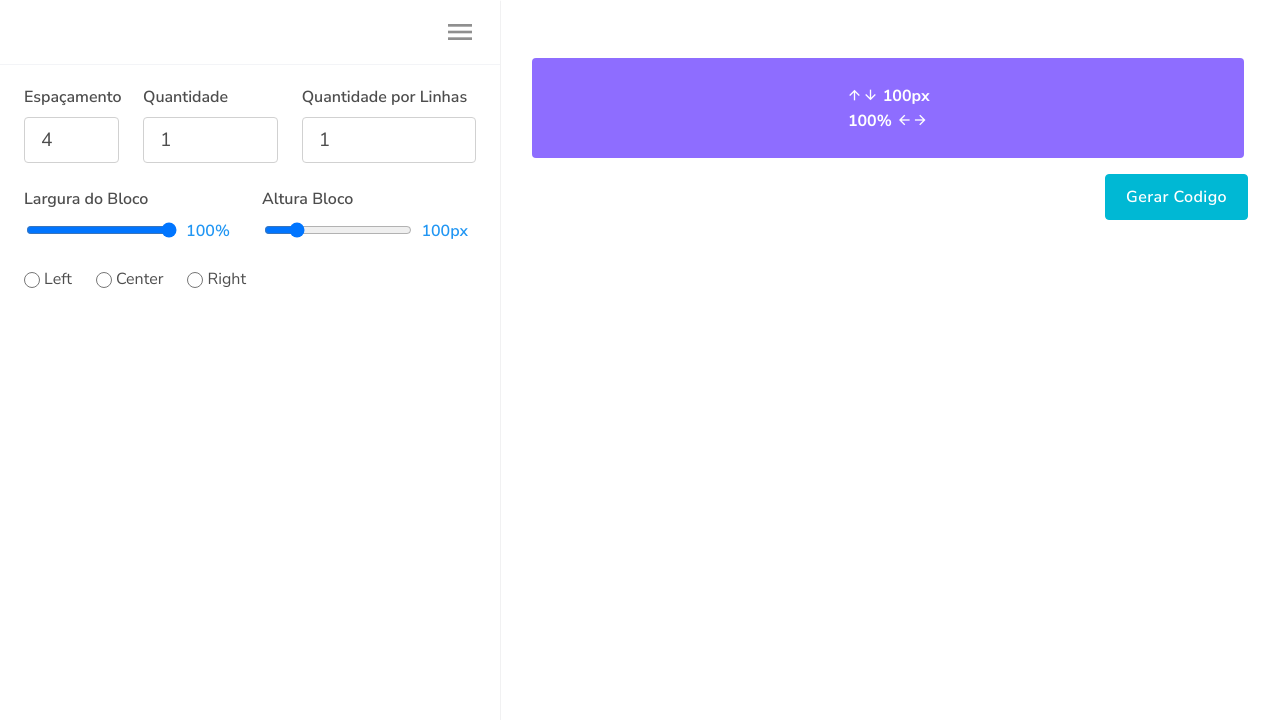
Repository: Flintdl/lowcode-elements
Page: /
The author's editor kept a copy of each file at every save. The page is drawn from the files as they stood at one save, then again after the next save.
The browser window is 1280 px wide. The pictures show the whole page.
The project was rebuilt for these pictures with package versions that can differ from the ones it lists, and the page was loaded fresh each time. Also part of the build but not shown: vue.config.js.

Above is the page before, as saved 2022-04-05 09:42:51.

After the next save:
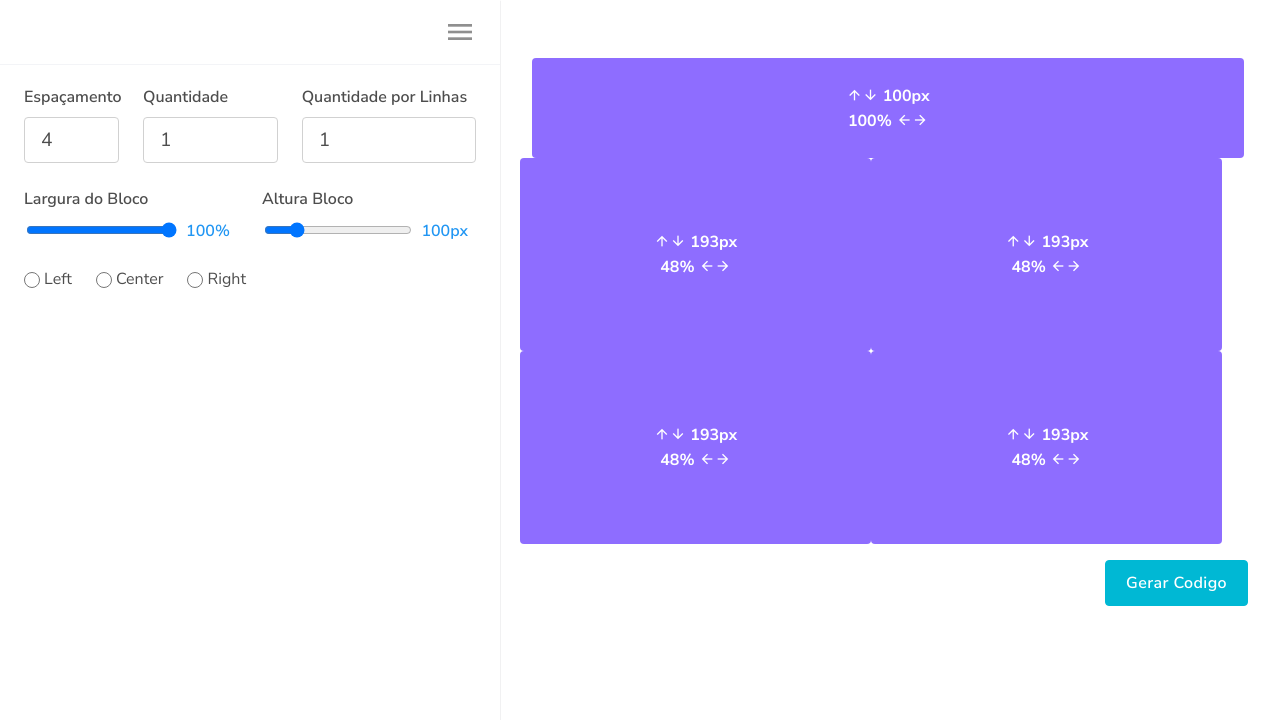
Saved 21 s later.
--- a/src/views/HomeView.vue
+++ b/src/views/HomeView.vue
@@ -33,6 +33,94 @@
           />
         </div>
       </div>
+      <div
+        class="sf-bg-primary sf-position-relative sf-border-radius sf-overflow-hidden sf-position-relative"
+        style="width: calc(48% - 4px); height: 193px"
+      >
+        <span
+          class="sf-position-absolute sf-centerAbsolute-xy sf-text-white sf-font-weight-extra-bold sf-text-center"
+          ><i
+            class="mdi mdi-arrow-up sf-text-md sf-text-white sf-dropdown-action"
+          ></i
+          ><i
+            class="mdi mdi-arrow-down sf-text-md sf-text-white sf-dropdown-action"
+          ></i>
+          193px <br />
+          48%
+          <i
+            class="mdi mdi-arrow-left sf-text-md sf-text-white sf-dropdown-action"
+          ></i
+          ><i
+            class="mdi mdi-arrow-right sf-text-md sf-text-white sf-dropdown-action"
+          ></i
+        ></span>
+      </div>
+      <div
+        class="sf-bg-primary sf-position-relative sf-border-radius sf-overflow-hidden sf-position-relative"
+        style="width: calc(48% - 4px); height: 193px"
+      >
+        <span
+          class="sf-position-absolute sf-centerAbsolute-xy sf-text-white sf-font-weight-extra-bold sf-text-center"
+          ><i
+            class="mdi mdi-arrow-up sf-text-md sf-text-white sf-dropdown-action"
+          ></i
+          ><i
+            class="mdi mdi-arrow-down sf-text-md sf-text-white sf-dropdown-action"
+          ></i>
+          193px <br />
+          48%
+          <i
+            class="mdi mdi-arrow-left sf-text-md sf-text-white sf-dropdown-action"
+          ></i
+          ><i
+            class="mdi mdi-arrow-right sf-text-md sf-text-white sf-dropdown-action"
+          ></i
+        ></span>
+      </div>
+      <div
+        class="sf-bg-primary sf-position-relative sf-border-radius sf-overflow-hidden sf-position-relative"
+        style="width: calc(48% - 4px); height: 193px"
+      >
+        <span
+          class="sf-position-absolute sf-centerAbsolute-xy sf-text-white sf-font-weight-extra-bold sf-text-center"
+          ><i
+            class="mdi mdi-arrow-up sf-text-md sf-text-white sf-dropdown-action"
+          ></i
+          ><i
+            class="mdi mdi-arrow-down sf-text-md sf-text-white sf-dropdown-action"
+          ></i>
+          193px <br />
+          48%
+          <i
+            class="mdi mdi-arrow-left sf-text-md sf-text-white sf-dropdown-action"
+          ></i
+          ><i
+            class="mdi mdi-arrow-right sf-text-md sf-text-white sf-dropdown-action"
+          ></i
+        ></span>
+      </div>
+      <div
+        class="sf-bg-primary sf-position-relative sf-border-radius sf-overflow-hidden sf-position-relative"
+        style="width: calc(48% - 4px); height: 193px"
+      >
+        <span
+          class="sf-position-absolute sf-centerAbsolute-xy sf-text-white sf-font-weight-extra-bold sf-text-center"
+          ><i
+            class="mdi mdi-arrow-up sf-text-md sf-text-white sf-dropdown-action"
+          ></i
+          ><i
+            class="mdi mdi-arrow-down sf-text-md sf-text-white sf-dropdown-action"
+          ></i>
+          193px <br />
+          48%
+          <i
+            class="mdi mdi-arrow-left sf-text-md sf-text-white sf-dropdown-action"
+          ></i
+          ><i
+            class="mdi mdi-arrow-right sf-text-md sf-text-white sf-dropdown-action"
+          ></i
+        ></span>
+      </div>
       <div class="sf-col-12 sf-mt-3 sf-display-flex sf-justify-content-end">
         <button class="sf-btn sf-btn-primary" @click="gerarCodigo">
           Gerar Codigo

After the save that followed:
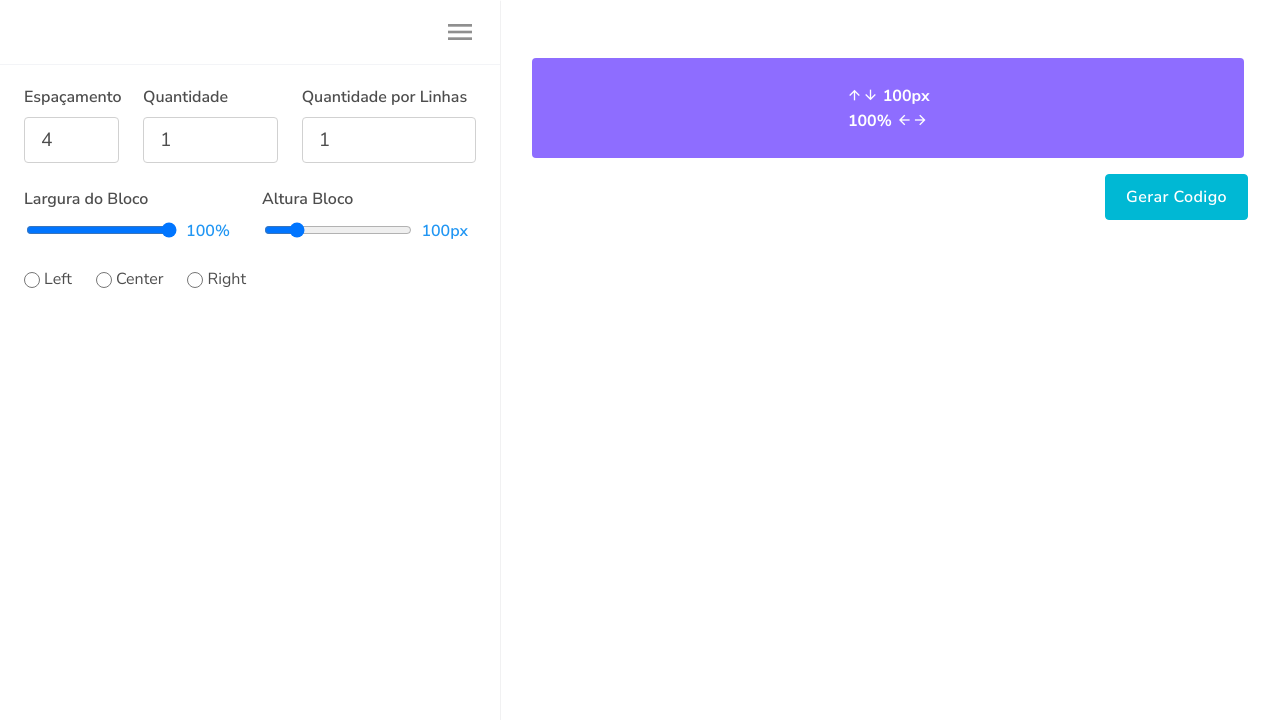
Saved 70 s later.
--- a/src/views/HomeView.vue
+++ b/src/views/HomeView.vue
@@ -18,108 +18,21 @@
             v-for="n of quantidade"
           ></div>
         </div> -->
-        <div
-          id="sf-preview-code"
-          :style="gapProps"
-          class="sf-display-flex sf-flex-wrap sf-width-100"
-        >
-          <DivGrid
-            v-bind:key="n"
-            v-for="n of quantidade"
-            :tamanho="String(valor)"
-            :altura="String(valorHeight)"
-            class="sf-position-relative"
-            :width="cssProps"
-          />
+        <div id="sf-preview-code">
+          <div
+            :style="gapProps"
+            class="sf-display-flex sf-flex-wrap sf-width-100"
+          >
+            <DivGrid
+              v-bind:key="n"
+              v-for="n of quantidade"
+              :tamanho="String(valor)"
+              :altura="String(valorHeight)"
+              class="sf-position-relative"
+              :width="cssProps"
+            />
+          </div>
         </div>
-      </div>
-      <div
-        class="sf-bg-primary sf-position-relative sf-border-radius sf-overflow-hidden sf-position-relative"
-        style="width: calc(48% - 4px); height: 193px"
-      >
-        <span
-          class="sf-position-absolute sf-centerAbsolute-xy sf-text-white sf-font-weight-extra-bold sf-text-center"
-          ><i
-            class="mdi mdi-arrow-up sf-text-md sf-text-white sf-dropdown-action"
-          ></i
-          ><i
-            class="mdi mdi-arrow-down sf-text-md sf-text-white sf-dropdown-action"
-          ></i>
-          193px <br />
-          48%
-          <i
-            class="mdi mdi-arrow-left sf-text-md sf-text-white sf-dropdown-action"
-          ></i
-          ><i
-            class="mdi mdi-arrow-right sf-text-md sf-text-white sf-dropdown-action"
-          ></i
-        ></span>
-      </div>
-      <div
-        class="sf-bg-primary sf-position-relative sf-border-radius sf-overflow-hidden sf-position-relative"
-        style="width: calc(48% - 4px); height: 193px"
-      >
-        <span
-          class="sf-position-absolute sf-centerAbsolute-xy sf-text-white sf-font-weight-extra-bold sf-text-center"
-          ><i
-            class="mdi mdi-arrow-up sf-text-md sf-text-white sf-dropdown-action"
-          ></i
-          ><i
-            class="mdi mdi-arrow-down sf-text-md sf-text-white sf-dropdown-action"
-          ></i>
-          193px <br />
-          48%
-          <i
-            class="mdi mdi-arrow-left sf-text-md sf-text-white sf-dropdown-action"
-          ></i
-          ><i
-            class="mdi mdi-arrow-right sf-text-md sf-text-white sf-dropdown-action"
-          ></i
-        ></span>
-      </div>
-      <div
-        class="sf-bg-primary sf-position-relative sf-border-radius sf-overflow-hidden sf-position-relative"
-        style="width: calc(48% - 4px); height: 193px"
-      >
-        <span
-          class="sf-position-absolute sf-centerAbsolute-xy sf-text-white sf-font-weight-extra-bold sf-text-center"
-          ><i
-            class="mdi mdi-arrow-up sf-text-md sf-text-white sf-dropdown-action"
-          ></i
-          ><i
-            class="mdi mdi-arrow-down sf-text-md sf-text-white sf-dropdown-action"
-          ></i>
-          193px <br />
-          48%
-          <i
-            class="mdi mdi-arrow-left sf-text-md sf-text-white sf-dropdown-action"
-          ></i
-          ><i
-            class="mdi mdi-arrow-right sf-text-md sf-text-white sf-dropdown-action"
-          ></i
-        ></span>
-      </div>
-      <div
-        class="sf-bg-primary sf-position-relative sf-border-radius sf-overflow-hidden sf-position-relative"
-        style="width: calc(48% - 4px); height: 193px"
-      >
-        <span
-          class="sf-position-absolute sf-centerAbsolute-xy sf-text-white sf-font-weight-extra-bold sf-text-center"
-          ><i
-            class="mdi mdi-arrow-up sf-text-md sf-text-white sf-dropdown-action"
-          ></i
-          ><i
-            class="mdi mdi-arrow-down sf-text-md sf-text-white sf-dropdown-action"
-          ></i>
-          193px <br />
-          48%
-          <i
-            class="mdi mdi-arrow-left sf-text-md sf-text-white sf-dropdown-action"
-          ></i
-          ><i
-            class="mdi mdi-arrow-right sf-text-md sf-text-white sf-dropdown-action"
-          ></i
-        ></span>
       </div>
       <div class="sf-col-12 sf-mt-3 sf-display-flex sf-justify-content-end">
         <button class="sf-btn sf-btn-primary" @click="gerarCodigo">
